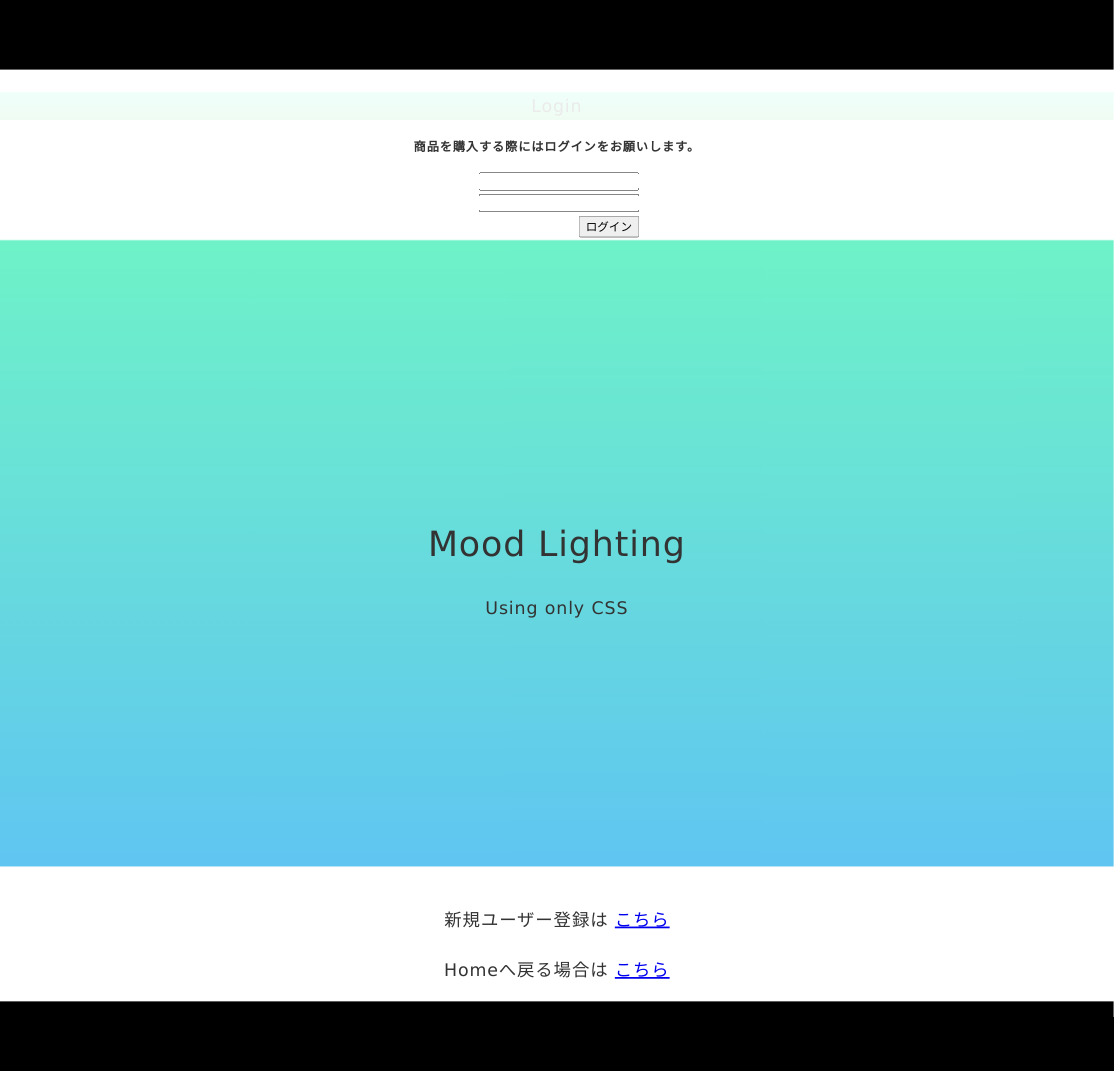
Repository: yanaiwataru/test
Page: http://localhost/ecsite/HomeAction.action
An editor plug-in stored every save of this project. The page is shown before and after the next save, followed by the edit.
The browser window is 1280 px wide. The pictures show the whole page, at 87% of full size.
The page is served by Tomcat 9. Other server files are loaded and not shown.

Above is the page before, as saved 2018-03-12 06:04:15.

### ecsite/WebContent/login.jsp
<%@ page language="java" contentType="text/html; charset=UTF-8"
	pageEncoding="UTF-8"%>

<%@ taglib prefix="s" uri="/struts-tags"%>
<!DOCTYPE html>
<html>
<head>
<link rel="stylesheet" type="text/css" href="css/login.css">
<meta http-equiv="Content-Type" content="text/html; charset=utf-8" />
<meta http-equiv="Content-Style-Type" content="text/css" />
<meta http-equiv="Content-Script-Type" content="text/javascript" />
<meta http-equiv="imagetoolbar" content="no" />
<meta name="description" content="" />
<meta name="keywords" content="" />
<title>Login画面</title>
<style type="text/css">
body {
	margin: 0;
	padding: 0;
	line-height: 1.6;
	letter-spacing: 1px;
	font-family: Verdana, Helvetica, sans-serif;
	font-size: 12px;
	color: #333;
	background: #fff;
}

table {
	text-align: center;
	margin: 0 auto;
}
/* ========ID LAYOUT======== */
#top {
	width: 780px;
	margin: 30px auto;
	border: 1px solid #333;
}

#header {
	width: 100%;
	height: 80px;
	background-color: black;
}

#main {
	width: 100%;
	height: 500px;
	text-align: center;
}

#footer {
	width: 100%;
	height: 80px;
	background-color: black;
	clear: both;
}

#text-link {
	display: inline-block;
	text-align: right;
}
</style>

</head>
<body>

	<div id="header">

		<div id="pr"></div>

	</div>
	<div class="main">

		<div class="top">
			<p>Login</p>

		</div>
		<div>

			<h3>商品を購入する際にはログインをお願いします。</h3>
			<s:form action="LoginAction">
				<s:textfield name="loginUserId" />
				<s:password name="loginPassword" />
				<s:submit value="ログイン" />

			</s:form>
		</div>
		<div class="holder">
			<div class="first"></div>
			<div class="second"></div>
			<div class="third"></div>
			<div class="txt">
				<h1>Mood Lighting</h1>
				<p>Using only CSS</p>
			</div>
		</div>
		<br />

		<div id="text-link">
			<p>
				新規ユーザー登録は <a href='<s:url action="UserCreateAction" />'>こちら</a>
			</p>
			<p>
				Homeへ戻る場合は <a href='<s:url action="GoHomeAction" />'>こちら</a>
			</p>

		</div>

	</div>

	</div>
	<div id="footer">

		<div id="pr"></div>

	</div>

</body>
</html>

### ecsite/WebContent/css/login.css
@CHARSET "UTF-8";

.color{

}
/*------------------------------コピペ----------------------------------------*/
    @import url(https://fonts.googleapis.com/css?family=Bitter);
    body {
      margin: 0;
      font-family: 'Bitter', serif;
      text-align: center;
    }
    .holder,
    .first,
    .second,
    .third {
      height: 100vh;
      width: 100vw;
    }
    .first,
    .second,
    .third {
      position: absolute;
    }
    .second,
    .third {
      opacity: 0;
    }
    .holder {
      height: 100vh;
      position: relative;
      z-index: 1;
    }

    .top {
      animation: first 10s infinite;
      background: linear-gradient(#5ff8ca, #60e08c);
      z-index: 10;
    }
      @keyframes top {
        0% {opacity: 1.0;}
        10% {opacity: 0.8;}
        20% {opacity: 0.6;}
        30% {opacity: 0.4;}
        40% {opacity: 0.2;}
        50% {opacity: 0.1;}
        60% {opacity: 0.2;}
        70% {opacity: 0.4;}
        80% {opacity: 0.6;}
        90% {opacity: 0.8;}
        100% {opacity: 1.0;}
      }
    .first {
      animation: first 10s infinite;
      background: linear-gradient(#5ff8ca, #60e08c);
      z-index: 10;
    }
      @keyframes first {
        0% {opacity: 1.0;}
        10% {opacity: 0.8;}
        20% {opacity: 0.6;}
        30% {opacity: 0.4;}
        40% {opacity: 0.2;}
        50% {opacity: 0.1;}
        60% {opacity: 0.2;}
        70% {opacity: 0.4;}
        80% {opacity: 0.6;}
        90% {opacity: 0.8;}
        100% {opacity: 1.0;}
      }

    .second {
      animation: second 10s infinite; animation-delay: 2s;
      background: linear-gradient(#19eaa6, #00a1f0);
      z-index: 20;
    }
      @keyframes second {
        0% {opacity: 0;}
        10% {opacity: 0.2;}
        20% {opacity: 0.4;}
        30% {opacity: 0.6;}
        40% {opacity: 0.8;}
        50% {opacity: 1.0;}
        60% {opacity: 0.8;}
        70% {opacity: 0.6;}
        80% {opacity: 0.4;}
        90% {opacity: 0.2;}
        100% {opacity: 0;}
      }

    .third {
      animation: third 10s infinite;
      animation-delay: 8s;
      background: linear-gradient(#aab7f8, #ff75c6);
      z-index: 30;
    }
      @keyframes third {
        0% {opacity: 0;}
        10% {opacity: 0.2;}
        20% {opacity: 0.4;}
        30% {opacity: 0.6;}
        40% {opacity: 0.8;}
        50% {opacity: 1.0;}
        60% {opacity: 0.8;}
        70% {opacity: 0.6;}
        80% {opacity: 0.4;}
        90% {opacity: 0.2;}
        100% {opacity: 0;}
      }

    .txt {
      margin-top: calc(50vh - 43px);
      position: absolute;
      width: 100%;
      z-index: 1000;
    }
    h1 {
      font-size: 40px;
      font-weight: 400;
      margin: 0;
    }
    p {
      font-size: 20px;
      margin-top: 26px;
    }

After the next save:
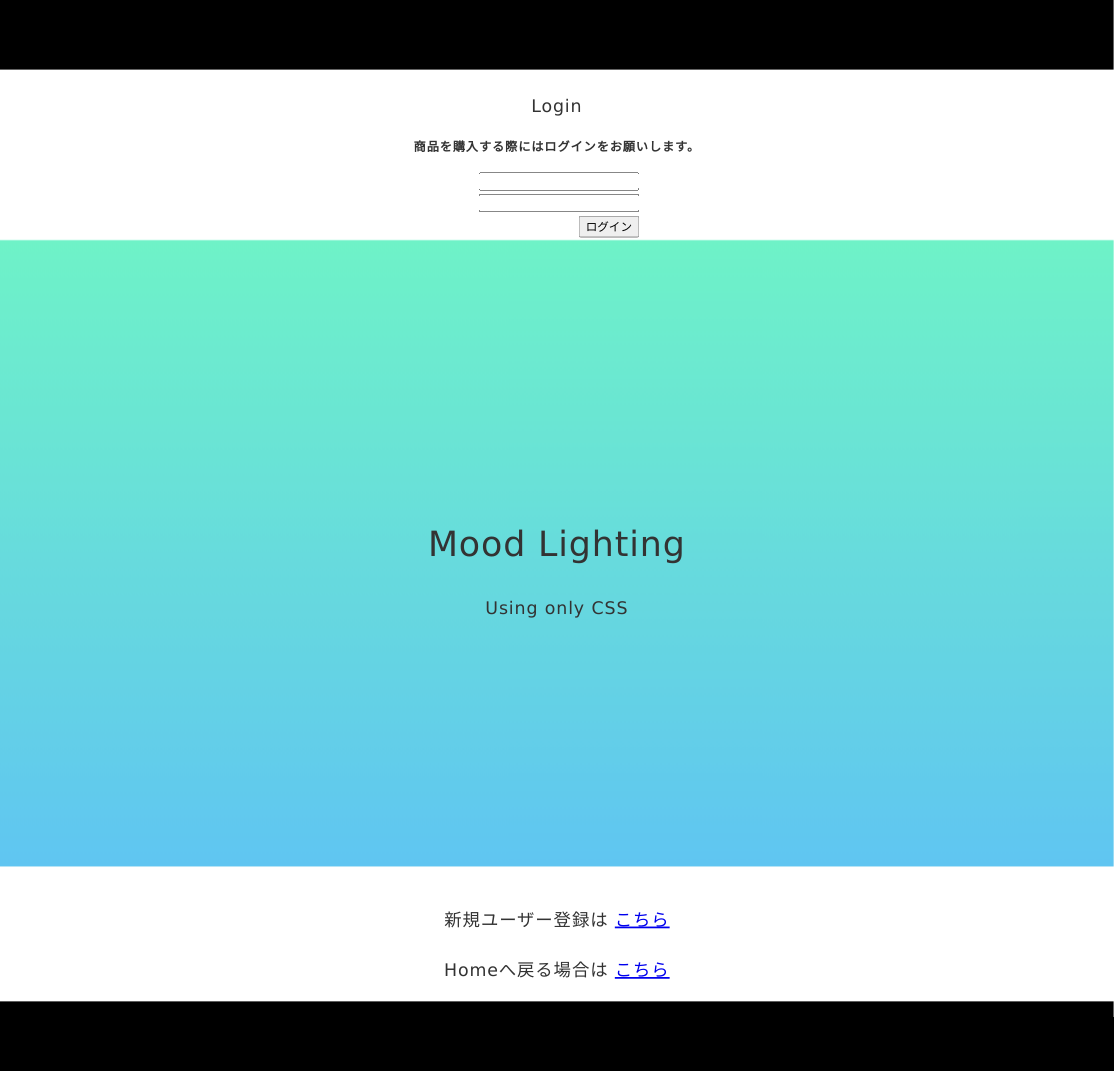
Saved 21 s later.
--- a/ecsite/WebContent/css/login.css
+++ b/ecsite/WebContent/css/login.css
@@ -32,12 +32,12 @@
       z-index: 1;
     }
 
-    .top {
+    .maln {
       animation: first 10s infinite;
       background: linear-gradient(#5ff8ca, #60e08c);
       z-index: 10;
     }
-      @keyframes top {
+      @keyframes main {
         0% {opacity: 1.0;}
         10% {opacity: 0.8;}
         20% {opacity: 0.6;}
@@ -50,6 +50,7 @@
         90% {opacity: 0.8;}
         100% {opacity: 1.0;}
       }
+
     .first {
       animation: first 10s infinite;
       background: linear-gradient(#5ff8ca, #60e08c);

After the 4 saves that followed:
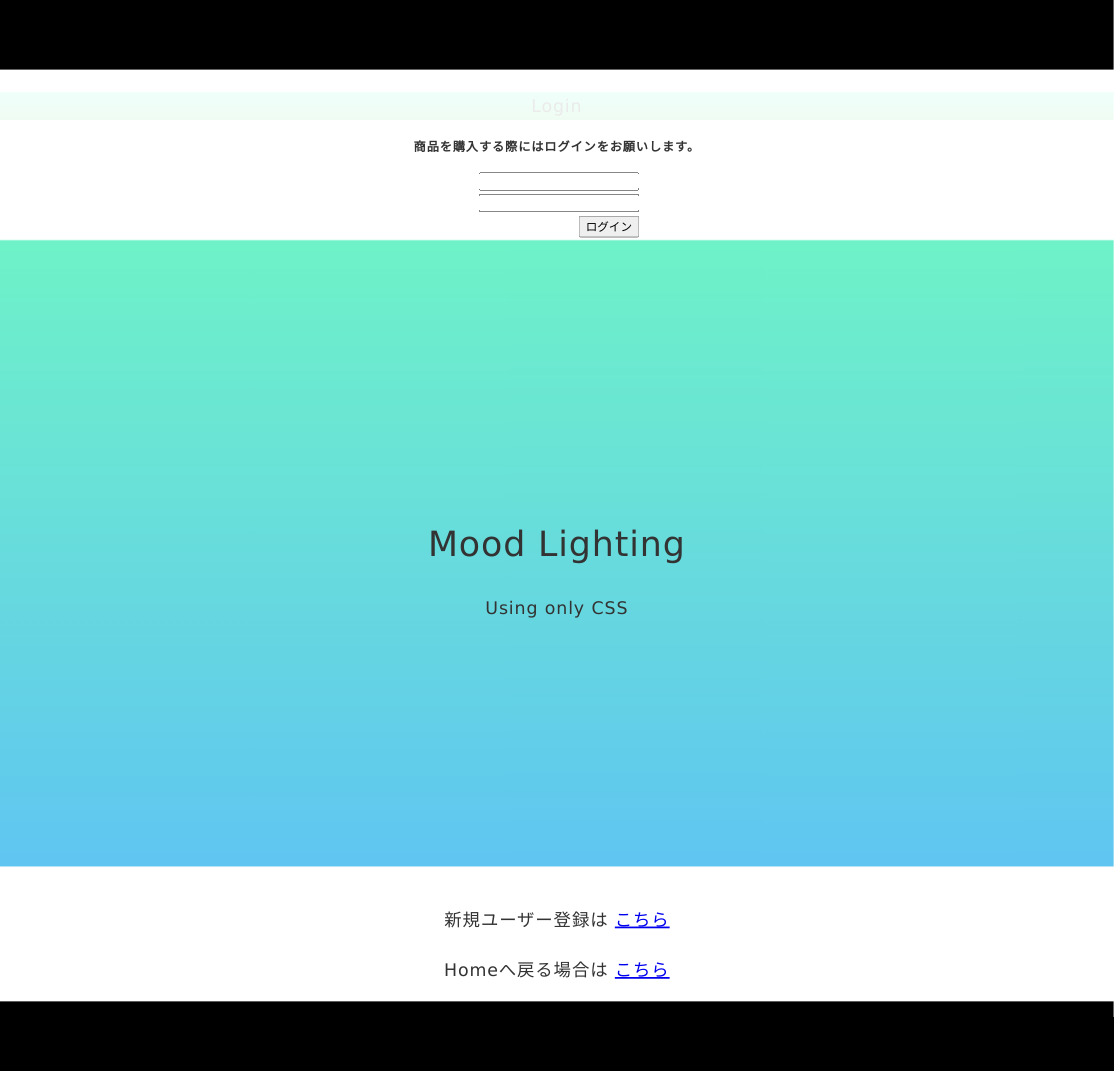
The 4 saves are shown as one change because 3 left the picture as it was.
The last was saved 3 min 6 s later.
--- a/ecsite/WebContent/login.jsp
+++ b/ecsite/WebContent/login.jsp
@@ -108,7 +108,7 @@ table {
 
 	</div>
 
-	</div>
+
 	<div id="footer">
 
 		<div id="pr"></div>
--- a/ecsite/WebContent/css/login.css
+++ b/ecsite/WebContent/css/login.css
@@ -32,12 +32,12 @@
       z-index: 1;
     }
 
-    .maln {
+    .top {
       animation: first 10s infinite;
       background: linear-gradient(#5ff8ca, #60e08c);
       z-index: 10;
     }
-      @keyframes main {
+      @keyframes top {
         0% {opacity: 1.0;}
         10% {opacity: 0.8;}
         20% {opacity: 0.6;}
